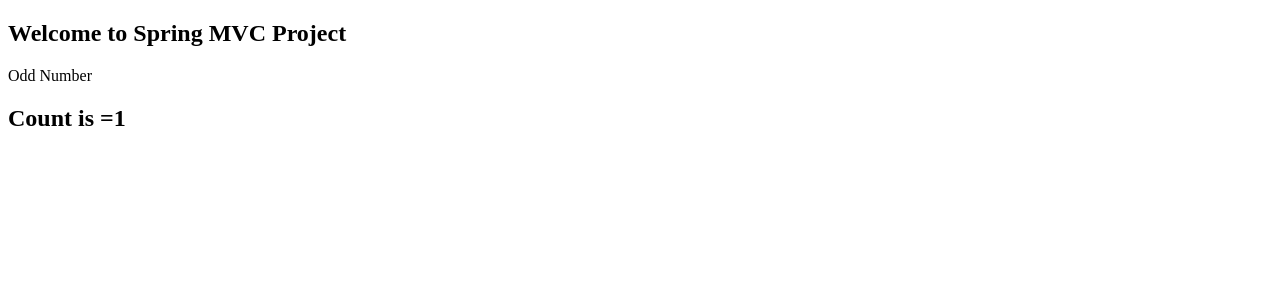
Repository: PragatiShinde16/SpringMVCDemo
Page: http://localhost/SpringMVCProject/views/login.jsp
These files come from the project's save history. The page is drawn as it stood at one moment and after a run of saves; the edit follows.
The browser window is 1280 px wide. The pictures show the whole page.
The page is served by Tomcat 9. Other server files are loaded and not shown.

Above is the page before, as saved 2024-08-26 09:30:06.

### SpringMVCProject/src/main/webapp/views/login.jsp
<%@ page language="java" contentType="text/html; charset=ISO-8859-1"
    pageEncoding="ISO-8859-1"%>
<!DOCTYPE html>
<html>
<head>
<meta charset="ISO-8859-1">
<title>Insert title here</title>
</head>
<body>
	<h2>Welcome to Spring MVC Project</h2>

	<%!
		int cnt = 0;
	%>
	<%
		cnt++;
		if(cnt % 2 == 0){
			out.println("Even Number");
		}else{
			out.println("Odd Number");
		}
	%>

	<h2>Count is =<%=
		cnt
	%></h2>
</body>
</html>

After the next 2 saves:
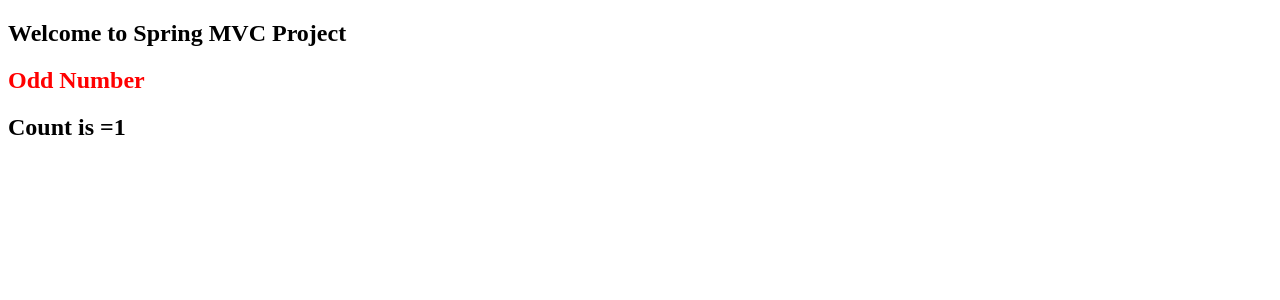
The 2 saves are shown as one change because 1 did not build or start.
The last was saved 18 min 58 s later.
--- a/SpringMVCProject/src/main/webapp/views/login.jsp
+++ b/SpringMVCProject/src/main/webapp/views/login.jsp
@@ -15,9 +15,15 @@
 	<%
 		cnt++;
 		if(cnt % 2 == 0){
-			out.println("Even Number");
+			// out.println("Even Number");
+	%>
+	<h2 style = "color:red;">Even Number</h2>
+	<%
 		}else{
-			out.println("Odd Number");
+			// out.println("Odd Number");
+	%>
+	<h2 style = "color:red;">Odd Number</h2>
+	<%
 		}
 	%>
 
